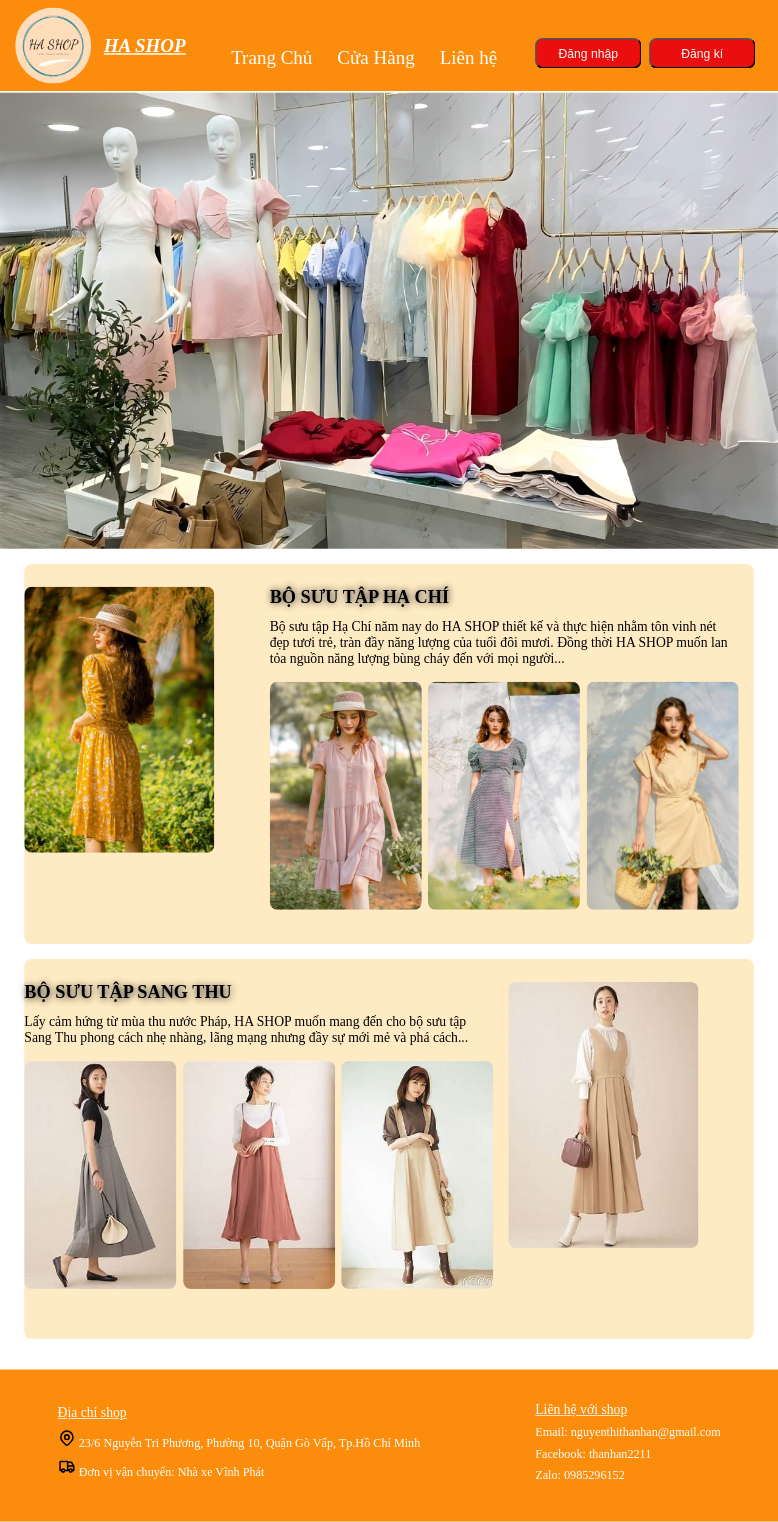
Repository: manhhieu120499/Project_ShopQuanAo
Page: index.html
The author's editor kept a copy of each file at every save. The page is drawn from the files as they stood at one save, then again after the next save.
The browser window is 1024 px wide. The pictures show the whole page, at 76% of full size.

Above is the page before, as saved 2023-04-07 22:21:40.

### index.html
<!DOCTYPE html>
<html lang="en">

<head>
    <meta charset="UTF-8" />
    <meta http-equiv="X-UA-Compatible" content="IE=edge" />
    <meta name="viewport" content="width=device-width, initial-scale=1.0" />
    <title>Document</title>
    <link rel="stylesheet" href="/css/style_trangchu.css">
    <link rel="stylesheet" href="/responsive/responsive_trangchu.css">
</head>

<body>
    <div class="wrap">
        <div class="header">
            <div class="left-header">
                <img src="/image/image_trangchu/Thời trang hiện dại.png" alt="logo_shop" class="picture"/>
                <h2 class="shop_name">HA SHOP</h2>
            </div>

            <div class="right-header">
                <div class="link">
                    <a href="#">Trang Chủ</a>
                    <a href="http://127.0.0.1:5501/html/ban_hang.html">Cửa Hàng</a>
                    <a href="#">Liên hệ</a>
                </div>
                 <div class="btn">
                     <button>Đăng nhập</button>
                     <button>Đăng kí</button>
                 </div>
            </div>

        </div>

        <div class="slide_bar">
            <img src="/image/image_trangchu/slide.jpg" alt="slide_picture">
        </div>

        <div class="album">
            <div class="album_one">
                <div class="left_picture">
                     <img src="/image/image_trangchu/10.jpg" alt="picture_ha_chi">
                </div>
                <div class="right_description">
                      <h2 class="title_album">BỘ SƯU TẬP HẠ CHÍ</h2>
                      <p class="desc">   Bộ sưu tập Hạ Chí năm nay do HA SHOP thiết kế và thực hiện nhằm tôn vinh nét đẹp tươi trẻ, tràn đầy năng lượng của tuổi đôi mươi. Đồng thời HA SHOP muốn lan tỏa nguồn năng lượng bùng cháy đến với mọi người...</p>
                      <div class="picture_etc">
                        <img src="/image/image_trangchu/11.jpg" alt="picture_ha_chi">
                        <img src="/image/image_trangchu/12.jpg" alt="picture_ha_chi">
                        <img src="/image/image_trangchu/13.jpg" alt="picture_ha_chi">
                      </div>
                </div>

            </div>

            <div class="album_two album_one ">
                <div class="right_description">
                    <h2 class="title_album">BỘ SƯU TẬP SANG THU</h2>
                    <p class="desc">   Lấy cảm hứng từ mùa thu nước Pháp, HA SHOP muốn mang đến cho bộ sưu tập Sang Thu phong cách nhẹ nhàng, lãng mạng nhưng đầy sự mới mẻ và phá cách...</p>
                    <div class="picture_etc">
                        <img src="/image/image_trangchu/5.jpg" alt="picture_sang_thu">
                        <img src="/image/image_trangchu/8.jpg" alt="picture_sang_thu">
                        <img src="/image/image_trangchu/6.jpg" alt="picture_sang_thu">
                    </div>
                </div>
                <div class="left_picture">
                     <img src="/image/image_trangchu/3.jpg" alt="picture_sang_thu">
                </div>

            </div>
        </div>

        <div class="footer">
            <div class="left_footer">
                  <p class="address">Địa chỉ shop</p>
                  <p>
                    <a class="icon">
                        <svg xmlns="http://www.w3.org/2000/svg" class="icon icon-tabler icon-tabler-map-pin" width="24" height="24" viewBox="0 0 24 24" stroke-width="2" stroke="currentColor" fill="none" stroke-linecap="round" stroke-linejoin="round">
                            <path stroke="none" d="M0 0h24v24H0z" fill="none"></path>
                            <path d="M12 11m-3 0a3 3 0 1 0 6 0a3 3 0 1 0 -6 0"></path>
                            <path d="M17.657 16.657l-4.243 4.243a2 2 0 0 1 -2.827 0l-4.244 -4.243a8 8 0 1 1 11.314 0z"></path>
                         </svg>
                    </a>
                     23/6 Nguyễn Tri Phương, Phường 10, Quận Gò Vấp, Tp.Hồ Chí Minh
                  </p>
                  <p>
                    <a>
                        <svg xmlns="http://www.w3.org/2000/svg" class="icon icon-tabler icon-tabler-truck" width="24" height="24" viewBox="0 0 24 24" stroke-width="2" stroke="currentColor" fill="none" stroke-linecap="round" stroke-linejoin="round">
                            <path stroke="none" d="M0 0h24v24H0z" fill="none"></path>
                            <path d="M7 17m-2 0a2 2 0 1 0 4 0a2 2 0 1 0 -4 0"></path>
                            <path d="M17 17m-2 0a2 2 0 1 0 4 0a2 2 0 1 0 -4 0"></path>
                            <path d="M5 17h-2v-11a1 1 0 0 1 1 -1h9v12m-4 0h6m4 0h2v-6h-8m0 -5h5l3 5"></path>
                         </svg>
                         Đơn vị vận chuyển: Nhà xe Vĩnh Phát
                    </a>
                  </p>
            </div>
            <div class="right_footer">
                 <p class="address">Liên hệ với shop</p>
                 <p>Email: nguyenthithanhan@gmail.com</p>
                 <p>Facebook: thanhan2211</p>
                 <p>Zalo: 0985296152</p>
            </div>

        </div>
    </div>

</body>

</html>

### css/style_trangchu.css
* {
    margin: 0;
    box-sizing: border-box;
}

.wrap {
    display: flex;
    flex-direction: column;
    width: 100%;
    height: 100%;
}


.header {
    background-color: #FC8D0C;
    display: flex;
    justify-content: space-around;
    position: fixed;
    width: 100%;
    top: 0;
    left: 0;
    padding: 10px 0;
    z-index: 1;
}

.left-header {
    width: 270px;
    display: flex;
    align-items: center;
    justify-content: space-between;
}

.left-header .picture {
    width: 100px;
    height: 100px;
    border-radius: 50%;
}

.left-header .shop_name {
    color: white;
    font-size: 25px;
    text-decoration: underline;
    font-style: italic;
}

.right-header .link {
    width: 400px;
    display: flex;
    justify-content: space-between;
}

.right-header .link a:hover {
    color: black;
}

.right-header .link > a {
    color: white;
    text-decoration: none;
    font-size: 25px;
    /* padding: 10px 35px; */
}

.right-header {
    width: 800px;
    display: flex;
    align-items: flex-end;
    margin-bottom: 20px;
    justify-content: space-between;
}

.right-header .btn {
    display: flex;
    justify-content: space-between;
    width: 300px;
}

.right-header .btn > button {
    background-color: #EA0E0E;
    padding: 10px 15px;
    border-radius: 10px;
    font-size: 16px;
    color: white;
    width: 200px;
    height: 40px;
    margin-left: 10px;
}



/* slide bar*/
.slide_bar {
    margin-top: 122px;
    height: 400px;
}
.slide_bar > img{
    width: 100%;
    object-fit: cover;
    height: 600px;
    display: block;
    margin-bottom: 20px;
}

/*album bo suu tap*/
.album {
    display: flex;
    width: calc(100% - 32px);
    flex-direction: column;
}
.album_one {
    margin-top: 220px;
    width: calc(100% - 32px);
    margin-left: 32px;
    height: 500px;
    background-color: #FEEAC3;
    display: flex;
    justify-content: space-around;
    align-items: center;
    border-radius: 10px;

}

.left_picture {
    width: 340px;
    height: 440px;
}
.left_picture img{
    width: 340px;
    height: 440px;
    border-radius: 10px;
}

.left_picture img:hover {
    transform: scale(1.1);
    transition: ease all 0.7s;
}

.right_description {
    width: 700px;
    height: 440px;
    display: flex;
    flex-direction: column;
}

.right_description > .picture_etc{
    display: flex;
    align-items: center;
    justify-content: space-between;
}

.right_description > .picture_etc > img {
    width: 200px;
    height: 300px;
    border-radius: 10px;
    object-fit: cover;
    margin-top: 10px;
}

.right_description > .picture_etc > img:hover {
    transform: scale(1.1);
    transition: ease all 0.7s;
}

.right_description .title_album {
    font-weight: 600px;
    margin-bottom: 15px;
    text-shadow: 1px 1px 10px #222;
}

.right_description .desc {
    font-size: 18px;
    text-align: start;
    margin-bottom: 10px;
}

.album .album_two {
    margin-top: 20px;
}

/*footer*/
.footer {
    margin-top: 40px;
    width: 100%;
    height: 200px;
    background-color: #FC8D0C;
    display: flex;
    justify-content: space-around;
    align-items: center;
    color: white;
}

.footer .left_footer {
    display: flex;
    flex-direction: column;
}

.left_footer p {
    margin-bottom: 10px;
}

.left_footer .address {
    text-decoration: underline;
    font-size: 18px;
}

.footer .right_footer {
    display: flex;
    flex-direction: column;
}

.right_footer p {
    margin-bottom: 10px;
}

.right_footer .address {
    text-decoration: underline;
    font-size: 18px;
}

.footer svg {
    color: black;
}

### responsive/responsive_trangchu.css
@media screen and (max-width: 1024px){
    .left-header {
        width: 230px;
        margin-left: 20px;
    }

    .right-header .link {
        width: 350px;
        margin-left: 60px;
    }

    .btn {
        margin-right: 30px;
    }

    .album_one .left_picture img{
        width: 250px;
        height: 350px;
    }

    .album_one .right_description {
        width: 650px;
        margin-right: 20px;
    }

    .picture_etc > img{
        width: 150px;
        height: 100px;
    }
}

After the next save:
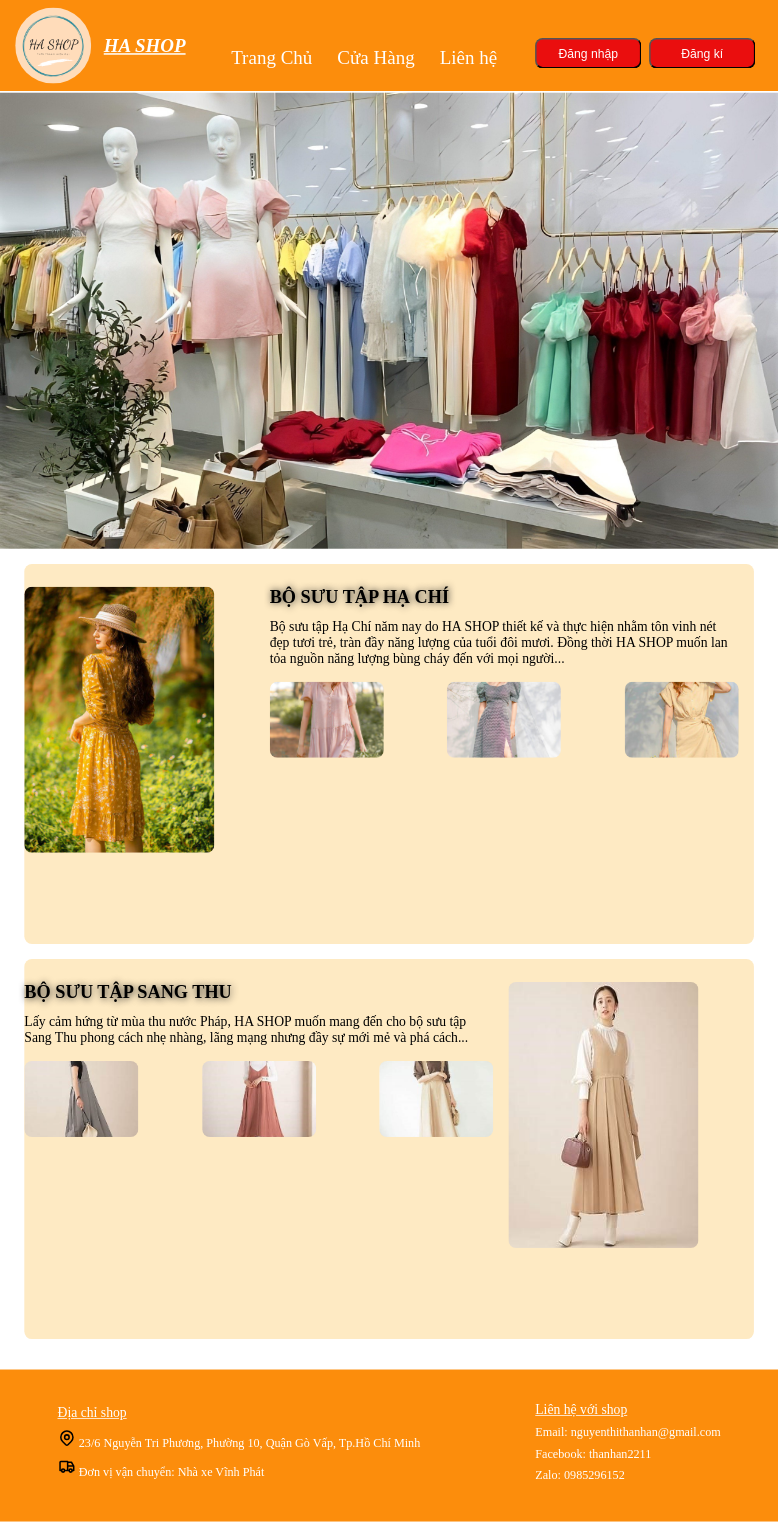
Saved 43 s later.
--- a/responsive/responsive_trangchu.css
+++ b/responsive/responsive_trangchu.css
@@ -23,7 +23,8 @@
         margin-right: 20px;
     }
 
-    .picture_etc > img{
+
+.right_description > .picture_etc > img {
         width: 150px;
         height: 100px;
     }
